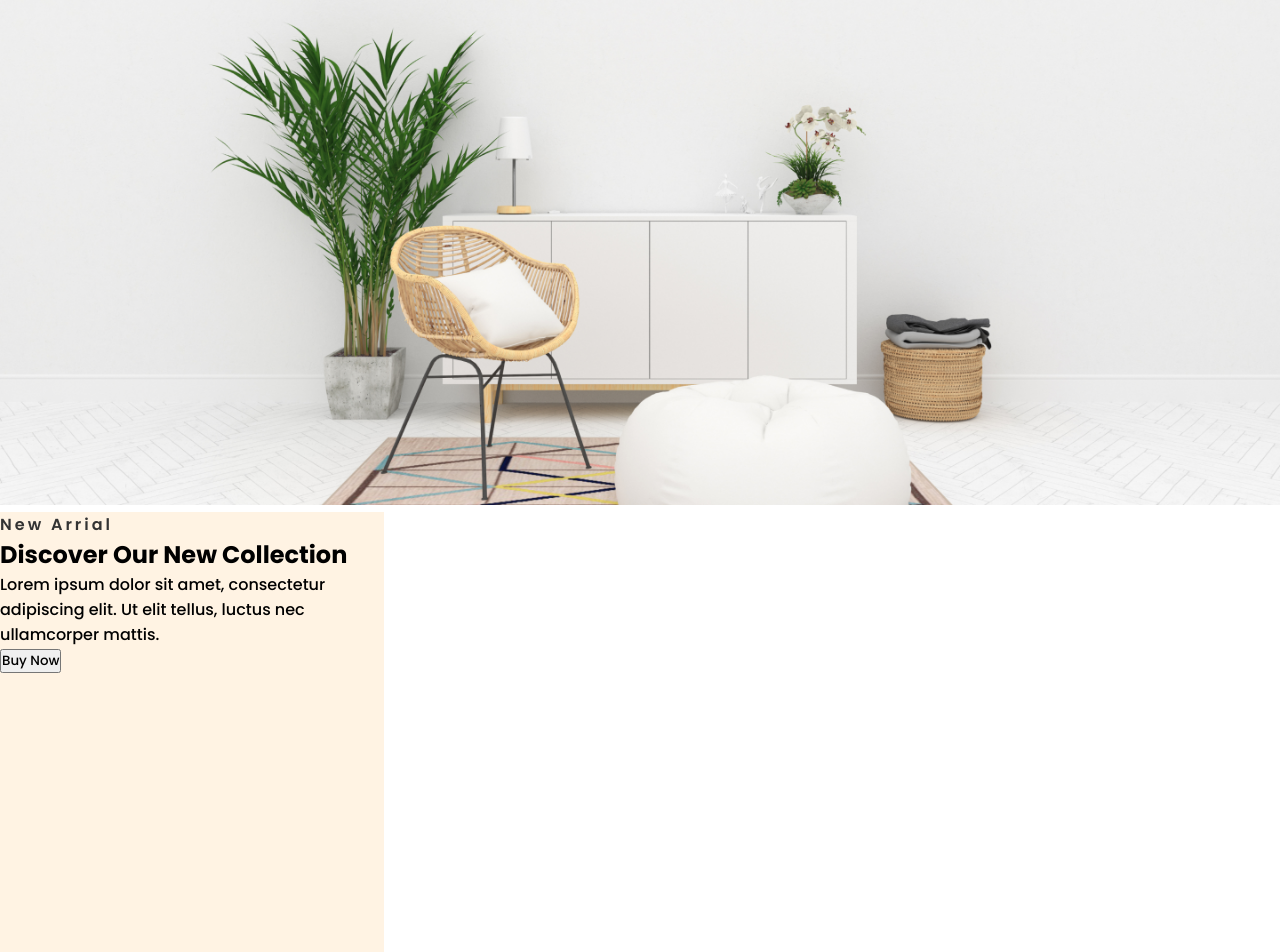
Repository: DT2301/project
Page: index.html
An editor plug-in stored every save of this project. The page is shown before and after the next save, followed by the edit.
The browser window is 1280 px wide. The pictures show the part of the page from y = 233 to 1185 px (the page is 1185 px tall).
A picture or video elsewhere on the page could not be fetched, so the positions and the page height are approximate.

Above is the page before, as saved 2024-01-07 10:12:35.

### index.html
<!DOCTYPE html>
<html lang="en">

<head>
    <meta charset="UTF-8">
    <meta name="viewport" content="width=device-width, initial-scale=1.0">
    <title>Document</title>
    <link rel="preconnect" href="https://fonts.googleapis.com">
    <link rel="preconnect" href="https://fonts.gstatic.com" crossorigin>
    <link href="https://fonts.googleapis.com/css2?family=Poppins:ital,wght@0,500;0,600;0,700;1,600;1,700&display=swap"
        rel="stylesheet">
    <link rel="stylesheet" href="style.css">
</head>

<body>
    <header>
        <div class="sidebar">
            <div class="logo">
                <a href=""> <img srcset="./image/logox2.png 2x" alt=""></a>
            </div>
            <ul class="sidebar__menu--center">
                <li class="menu menu--home">
                    <a href="">Home</a>
                </li>
                <li class="menu menu--shop">
                    <a href="">Shop</a>
                </li>
                <li class="menu menu--about">
                    <a href="">About</a>
                </li>
                <li class="menu menu--contact">
                    <a href="">Contact</a>
                </li>
            </ul>
            <ul class="sidebar__menu--icon">
                <li class="menu menu--user">
                    <a href="">
                        <span>
                            <ion-icon name="person-outline"></ion-icon>
                        </span>
                    </a>
                </li>
                <li class="menu menu--search">
                    <a href="">
                        <span>
                            <ion-icon name="search-outline"></ion-icon>
                        </span>
                    </a>
                </li>
                <li class="menu menu--heart">
                    <a href="">
                        <span>
                            <ion-icon name="heart-outline"></ion-icon>
                        </span>
                    </a>
                </li>
                <li class="menu menu--cart">
                    <a href="">
                        <span>
                            <ion-icon name="cart-outline"></ion-icon>
                        </span>
                    </a>
                </li>
            </ul>
        </div>
        <div class="wrapper">
            <div class="background">
                <img class="wrapper__background" srcset="./image/background.png " alt="">
            </div>
            <div class="infor">
                <span>
                    New Arrial
                </span>
                <h2>
                    Discover Our
                    New Collection
                </h2>
                <p>
                    Lorem ipsum dolor sit amet, consectetur adipiscing elit. Ut elit tellus, luctus nec ullamcorper
                    mattis.
                </p>
                <button type="button" class="wrapper__btn"> Buy Now </button>
            </div>

        </div>
    </header>

    <script type="module" src="https://unpkg.com/ionicons@7.1.0/dist/ionicons/ionicons.esm.js"></script>
    <script nomodule src="https://unpkg.com/ionicons@7.1.0/dist/ionicons/ionicons.js"></script>
</body>

</html>

### style.css
* {
  padding: 0;
  margin: 0;
  font-family: "Poppins", sans-serif;
  color: black;
}

a,
ul {
  list-style: none;
  text-decoration: none;
}

.sidebar {
  display: flex;
  flex-direction: row;
  justify-content: center;
  align-items: center;
  background-color: white;
  width: 100%;
  height: 100px;
}

.logo {
  position: absolute;
  left: 50px;
}

.sidebar__menu--center {
  width: 30%;
  display: flex;
  justify-content: space-between;
  font-size: 16px;
  font-weight: 500;
  line-height: 24px;
}

.sidebar__menu--icon{
  display: flex;
  width: 15%;
  position: absolute;
  justify-content: space-between;
  right: 70px;
  font-size: 25px;
}


.wrapper__background{
    width: 100%;
    height: 100%;
    object-fit: cover;
}

.infor{
    background-color: #FFF3E3;
    width: 30%;
    height: 440px;
}

.infor span{
    line-height: 24px;
    font-weight: 600;
    letter-spacing: 3px;
    color: #333333 ;
}

After the next save:
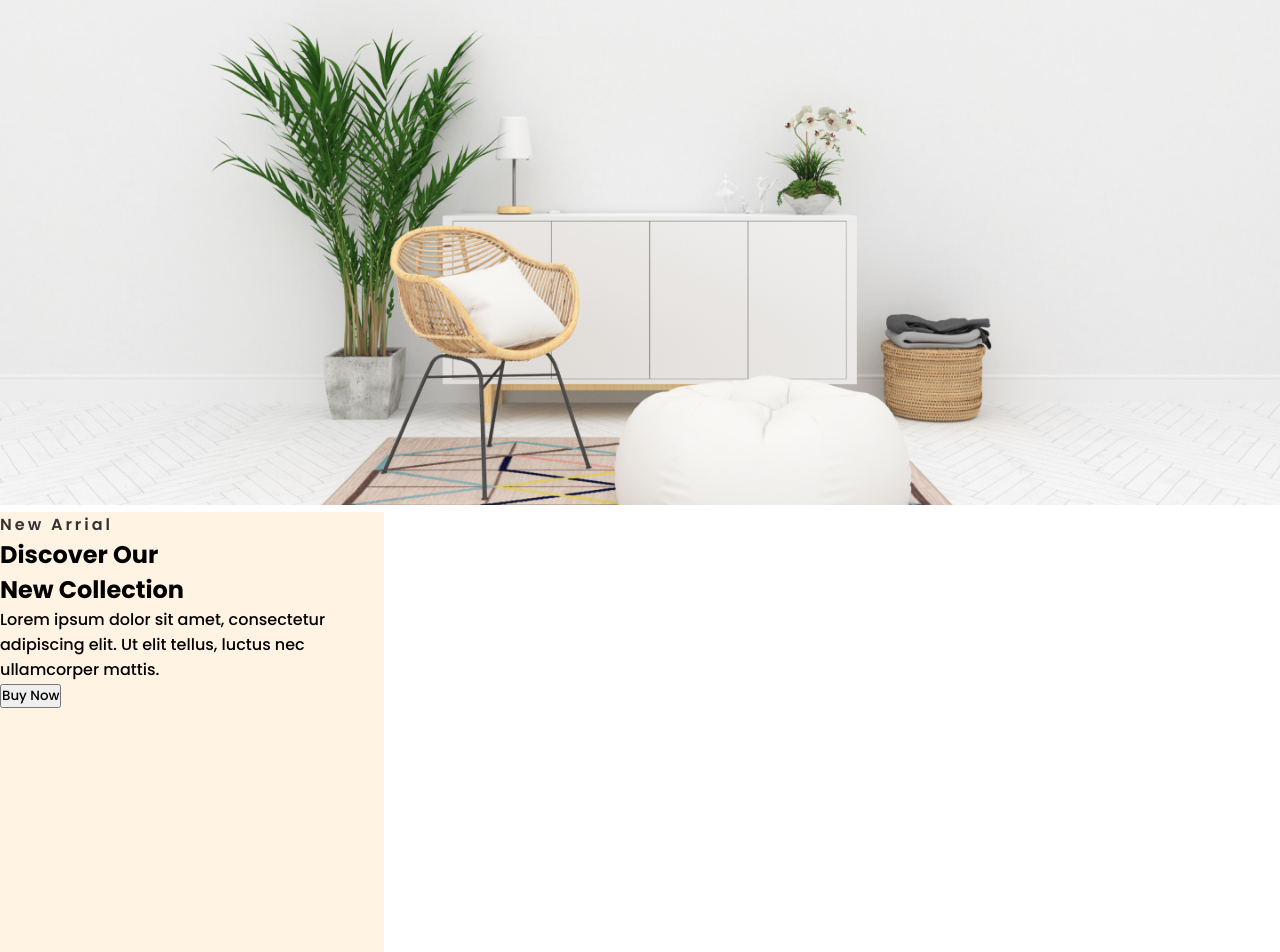
Saved 7 s later.
--- a/index.html
+++ b/index.html
@@ -72,7 +72,7 @@
                     New Arrial
                 </span>
                 <h2>
-                    Discover Our
+                    Discover Our <br>
                     New Collection
                 </h2>
                 <p>
